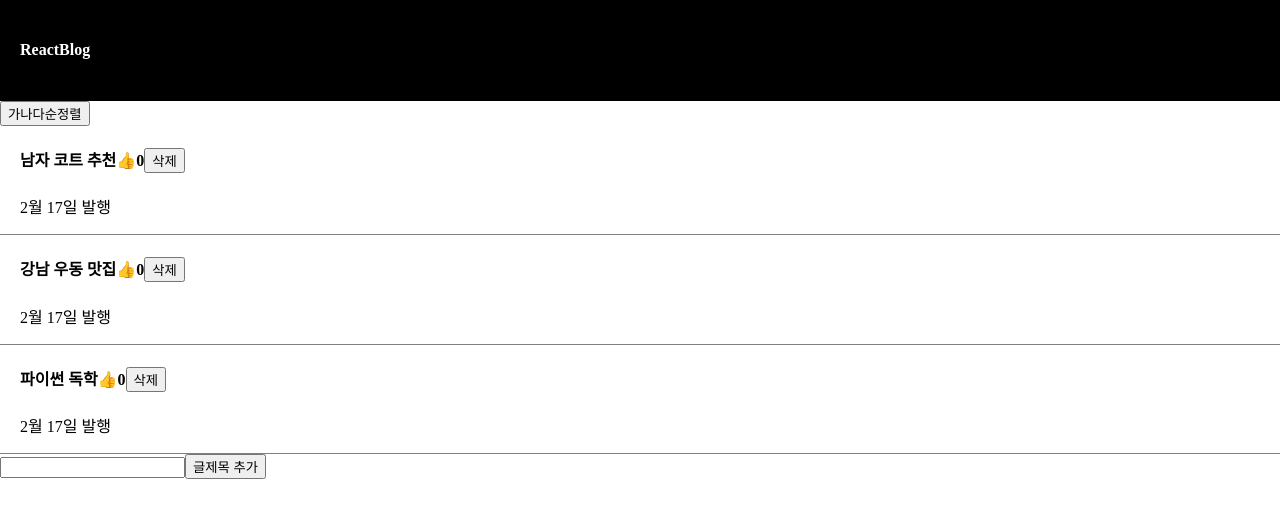
Repository: thinkseaweave/applecoding
Page: /
The author's editor kept a copy of each file at every save. The page is drawn from the files as they stood at one save, then again after the next save.
The browser window is 1280 px wide. The pictures show the whole page.
The project was rebuilt for these pictures with package versions that can differ from the ones it lists, and the page was loaded fresh each time. Also part of the build but not shown: vite.config.js, src/index.css.

Above is the page before, as saved 2025-01-30 01:57:06.

After the next save:
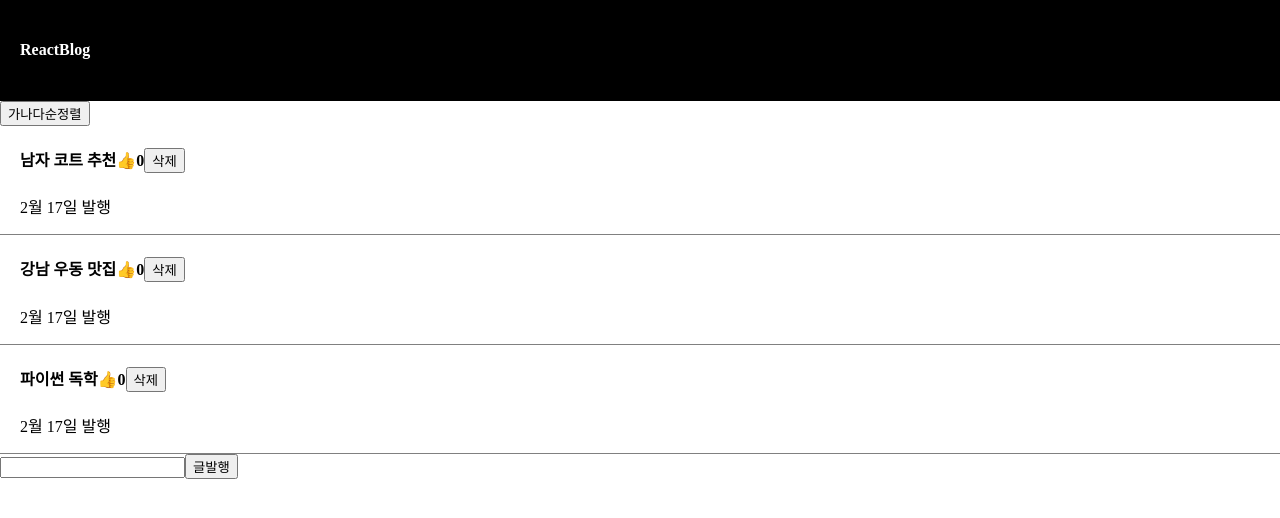
Saved 20 min 55 s later.
--- a/src/App.jsx
+++ b/src/App.jsx
@@ -86,7 +86,7 @@ function App() {
           따봉변경(따봉copy);
         }}
       >
-        글제목 추가
+        글발행
       </button>
 
       {
